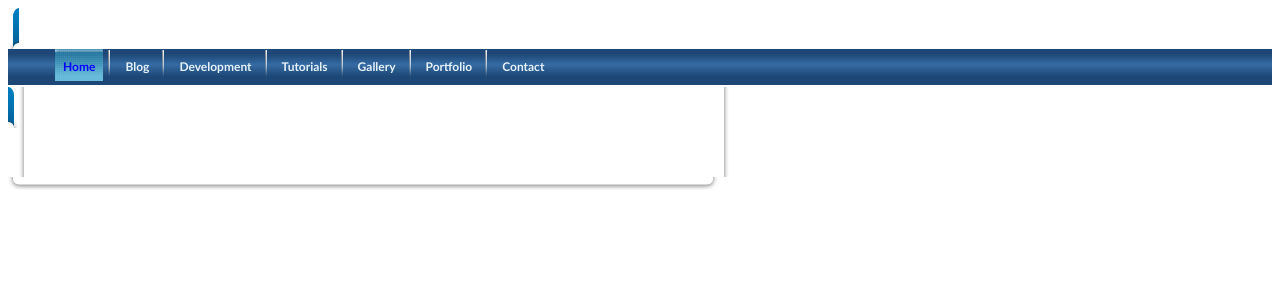
Repository: acura/IssueTrackingSystem
Page: its/WebContent/index1.html
An editor plug-in stored every save of this project. The page is shown before and after the next save, followed by the edit.
The browser window is 1280 px wide. The pictures show the whole page.

Above is the page before, as saved 2013-02-21 06:50:16.

### its/WebContent/index1.html
<!DOCTYPE html PUBLIC "-//W3C//DTD XHTML 1.0 Strict//EN" "http://www.w3.org/TR/xhtml1/DTD/xhtml1-strict.dtd">

<html xmlns="http://www.w3.org/1999/xhtml" xml:lang="hu" lang="hu">
<head>
	<meta http-equiv="Content-Type" content="text/html; charset=utf-8" />
	<title>Menu</title>

	<style media="all" type="text/css">@import "menu_style.css";</style>
	<!--[if lt IE 7]>
		<link rel="stylesheet" type="text/css" href="/include/ie6.css" media="screen"/>
	<![endif]-->
</head>
<body>
<div class="wrapper1">
	<div class="wrapper">
		<div class="nav-wrapper">
			<div class="nav-left"></div>
			<div class="nav">
				<ul id="navigation">
			   		<li class="active">
						<a href="#">
							<span class="menu-left"></span>
							<span class="menu-mid">Home</span>
							<span class="menu-right"></span>
						</a>
					</li>
			   		<li class="">
						<a href="#">
							<span class="menu-left"></span>
							<span class="menu-mid">Blog</span>
							<span class="menu-right"></span>
						</a>
	            	   	<div class="sub">
			   				<ul>
			   					<li>
									<a href="#">Archives</a>
								</li>
			   					<li>
									<a href="#">Categories</a>
								</li>
			   					<li>
									<a href="#">Top-rated Posts</a>
								</li>
			   					<li>
									<a href="#">Most-viewed Entries</a>
								</li>
			   				</ul>
			   				<div class="btm-bg"></div>
			   			</div>
					</li>
			   		<li class="">
						<a href="#">
							<span class="menu-left"></span>
							<span class="menu-mid">Development</span>
							<span class="menu-right"></span>
						</a>
			   			<div class="sub">
			   				<ul>
			   					<li>
									<a href="#">Wordpress Themes</a>
									</li>
			   					<li>
									<a href="#">Wordpress Plugins</a>
								</li>
			   					<li>
									<a href="#">Mac OS X</a>
								</li>
			   				</ul>
			   				<div class="btm-bg"></div>
			   			</div>
			   		</li>
			   		<li class="">
						<a href="#">
							<span class="menu-left"></span>
							<span class="menu-mid">Tutorials</span>
							<span class="menu-right"></span>
						</a>
	            	   	<div class="sub">
			   				<ul>
			   					<li>
									<a href="#">Photoshop</a>
								</li>
			   					<li>
									<a href="#">Illustrator</a>
								</li>
			   					<li>
									<a href="#">Css, Html</a>
								</li>
								<li>
									<a href="#">Post Your Tutorial!</a>
								</li>
			   				</ul>
			   				<div class="btm-bg"></div>
			   			</div>
					</li>
			   		<li class="">
						<a href="#">
							<span class="menu-left"></span>
							<span class="menu-mid">Gallery</span>
							<span class="menu-right"></span>
						</a>
	            	   	<div class="sub">
			   				<ul>
			   					<li>
									<a href="#">Personal Photos</a>
								</li>
			   					<li>
									<a href="#">My Friends</a>
								</li>
			   					<li>
									<a href="#">Tech</a>
								</li>
			   				</ul>
			   				<div class="btm-bg"></div>
			   			</div>
					</li>
			   		<li class="">
						<a href="#">
							<span class="menu-left"></span>
							<span class="menu-mid">Portfolio</span>
							<span class="menu-right"></span>
						</a>
	            	   	<div class="sub">
			   				<ul>
			   					<li>
									<a href="#">My Works</a>
								</li>
			   				</ul>
			   				<div class="btm-bg"></div>
			   			</div>
					</li>
			   		<li class="last">
						<a href="">
							<span class="menu-left"></span>
							<span class="menu-mid">Contact</span>
							<span class="menu-right"></span>
						</a>
			   		</li>
			   	</ul>
			</div>
			<div class="nav-right"></div>
		</div>
		<div class="content">
			<p>&nbsp;</p>
			<p>&nbsp;</p>

		</div>
		<div class="content-bottom"></div>
	</div>
</div>
</body>
</html>

### its/WebContent/css/menu_style.css
.wrapper1{

	color: blue;
	font: 14px "Futura Medium", "Myriad Pro", "Gill Sans", Helvetica, Verdana, Arial, sans-serif;
	margin: 0;
	padding: 0px 0 0;
	width: 100%;
	}
	.wrapper1 a{
		color: #E5F2FB;
		text-decoration: none;
	}
	.wrapper1 a:hover {
		color: #009966;
	}
	.wrapper1 p {
		margin: 0 0 17px;
		padding: 0;
		line-height: 18px;
	}
.wrapper {

	margin: 0px auto;
	width: 100%;
}
.nav {
	background: #fff url(../images/menuback.png) repeat-x;
	float: left;
	width: 100%;
}
.nev-wrapper {
	clear: both;
	float: left;
	width: 100%;
}
.nav-left {
	background: url(../images/nav_left.png) no-repeat top left;
	float: left;
	width: 11px;
	height: 41px;
}
.nav-right {
	background: url(../images/nav_right.png) no-repeat top right;
	float: left;
	width: 11px;
	height: 41px;
}
.nav ul {
	/*width: 648px;*/
	height: 38px;
	float: left;
	margin: 0;
	list-style: none;
	font-size: 12px;
	font-weight: bold;
}
.nav li {
	float: left;
	padding: 0 7px;
	background: url(../images/split.png) no-repeat right center;
	text-align:left;
	font-color: black;
	position: relative;
	z-index: 1;
}
.nav li.last {
	background:none;
}
.nav li:hover {
	z-index:2;
}
.nav li a {
	display: block;
	line-height: 38px;
	overflow: hidden;
	float: left;
}
a .menu-left {
	/*background: url(../images/menu_left.gif) no-repeat left top;*/
	width: 8px;
	height: 32px;
	line-height: 35px;
	display: block;
	float: left;
}
a .menu-mid {
	/*background: url(../images/menu_mid.gif) repeat-x top left;*/
	height: 32px;
	line-height: 35px;
	display: block;
	float: left;
}
a .menu-right {
	/*background: url(../images/menu_right.gif) no-repeat top left;*/
	width: 8px;
	height: 32px;
	line-height: 35px;
	display: block;
	float: left;
}
.nav li a:hover .menu-left,
.nav li.active a .menu-left,
.nav li:hover a .menu-left,
.nav li a:hover .menu-mid,
.nav li.active a .menu-mid,
.nav li:hover a .menu-mid,
.nav li a:hover .menu-right,
.nav li.active a .menu-right,
.nav li:hover a .menu-right {
	background-position: 0 -37px;
	line-height: 35px;
}
.nav li a:hover,
.nav li.active a,
.nav li.hover a,
.nav li:hover a {
	/*color:rgb(24,34,181);*/
	color:Blue;
	background-image: url(../images/top_menu_bg_img.png);
}
.nav li:hover .sub,
.nav li.hover .sub {
	display:block;
}
.nav li .sub {
	display: none;
	position: absolute;
	top: 27px;
	left: 6px;
	background: url(../images/submenu_top.png) no-repeat;
	width: 186px;
	padding-top: 9px;
}
.nav li ul {
	background: url(../images/submenu_bg.png) repeat-y;
	width: 162px;
	height: auto;
	margin: 0;
	padding: 0 12px 10px;
	list-style: none;
	font-size: 12px;
}

.nav li:hover li,
.nav li.active li {
	width: 100%;
	padding: 1px 0 2px;
	border-bottom: 1px #C1D9F0 dashed;
	background: none !important;
}
.nav li:hover li a,
.nav li.active li a {
	color: #003300;
	background: none !important;
	line-height: normal;
	width: 156px;
	padding: 8px 3px 3px;
	text-indent: 1px;
}
.nav li:hover li a:hover,
.nav li.active li a:hover {
	color: #fff;
	background: url(../images/menu_but_bg14.png)!important;
	text-decoration: none;
	line-height: normal;
}
/*IE*/
.nav li li a:hover,
.nav li li a:hover {
	color: #fff;
	background: url(../images/background2.png) !important;
	text-decoration: none;
	line-height: normal;
}
/**/
.nav .btm-bg {
	background: url(../images/submenu_bottom.png) no-repeat;
	width: 205px;
	height: 9px;
	overflow: hidden;
	clear: both;
}
.content {
	width: 670px;
	background: transparent url(../images/content_bg.png) repeat-y;
	float: left;
	padding: 10px 20px;
}
.content h1 {
	color: #333;
	font-weight: 400;
	text-transform: uppercase;
	font-size: 18px;
	border-bottom: 1px dashed #C1D9F0;
}
.content h2 {
	font-weight: 400;
	text-transform: uppercase;
	font-size: 14px;
	padding-left: 10px;
	margin-bottom: -5px;
}
.content p {
	padding: 0 15px;
	text-align: justify;
}
.content-bottom {
	width: 710px;
	background: transparent url(../images/content_bottom.png) no-repeat;
	height: 13px;
	float: left;
}

After the next save:
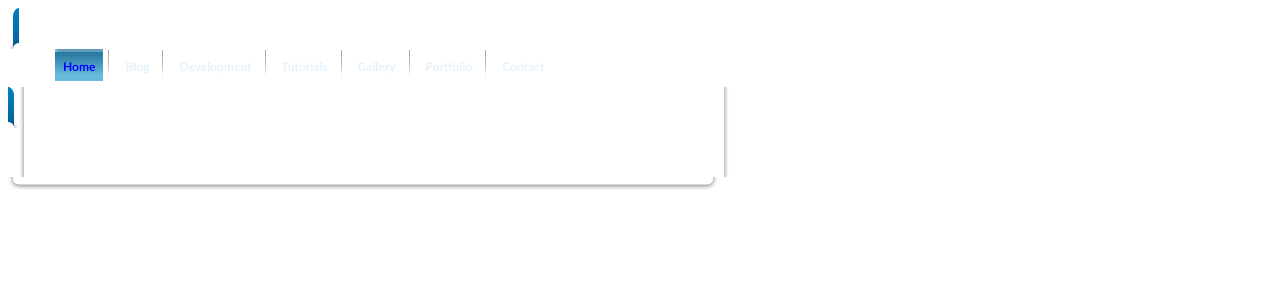
Saved 62 s later.
--- a/its/WebContent/css/menu_style.css
+++ b/its/WebContent/css/menu_style.css
@@ -24,7 +24,7 @@
 	width: 100%;
 }
 .nav {
-	background: #fff url(../images/menuback.png) repeat-x;
+	/*background: #fff url(../images/menuback.png) repeat-x;*/
 	float: left;
 	width: 100%;
 }

After the save that followed:
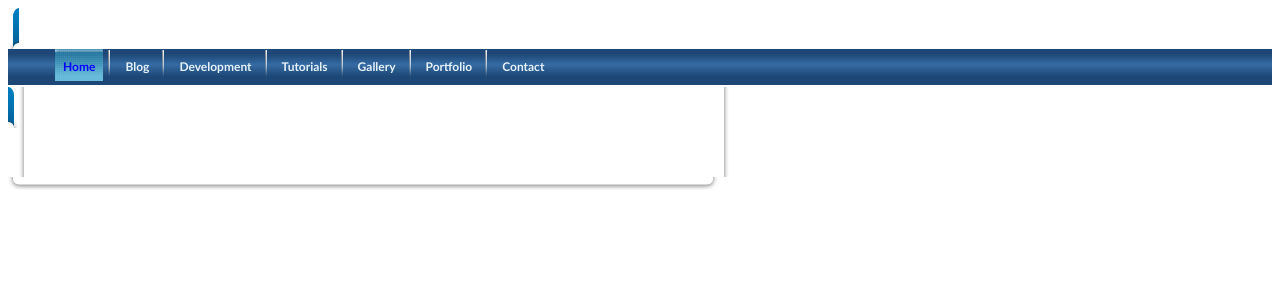
Saved 7 min 16 s later.
--- a/its/WebContent/css/menu_style.css
+++ b/its/WebContent/css/menu_style.css
@@ -24,7 +24,7 @@
 	width: 100%;
 }
 .nav {
-	/*background: #fff url(../images/menuback.png) repeat-x;*/
+	background: #fff url(../images/menuback.png) repeat-x;
 	float: left;
 	width: 100%;
 }
